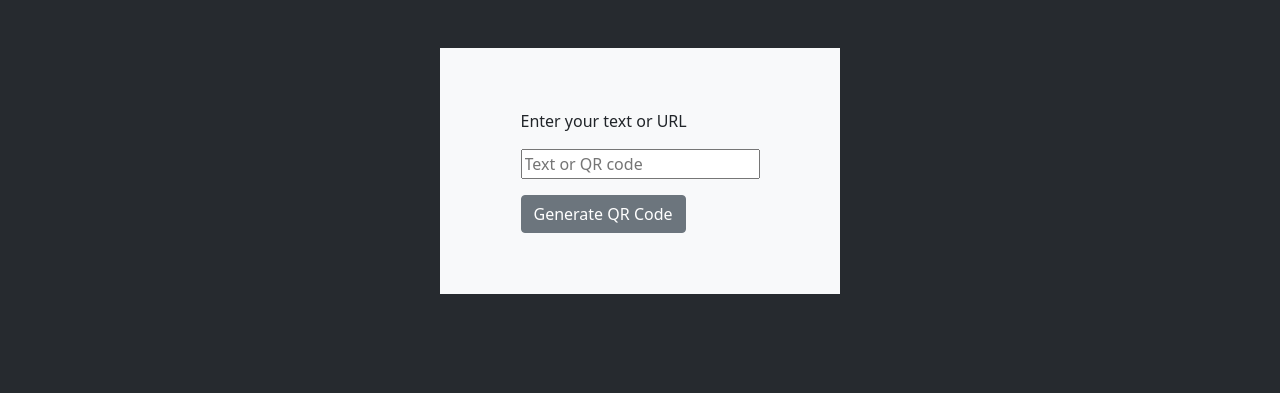
Repository: zeinawady/Qr-Code-Generator-App
Page: index.html
An editor plug-in stored every save of this project. The page is shown before and after a run of saves, followed by the edit.
The browser window is 1280 px wide. The pictures show the whole page.

Above is the page before, as saved 2024-10-30 00:29:28.

### index.html
<!DOCTYPE html>
<html lang="en">
<head>
    <meta charset="UTF-8">
    <meta name="viewport" content="width=device-width, initial-scale=1.0">
    <title>Qr code generator</title>
    <link rel="stylesheet" href="css/bootstrap.min.css.map">
    <link rel="stylesheet" href="css/bootstrap.min.css">
    <link rel="stylesheet" href="css/style.css">
</head>
<body>
    <div class="container  d-flex justify-content-center align-items-center bg-light mt-5">
   <div class="qr-container">
<p class="my-3 fw-">Enter your text or URL</p>
<input type="text" placeholder="Text or QR code">
<button class="btn btn-secondary my-3 d-flex justify-content-center">Generate QR Code</button>
   </div>
</div>

    <script src="js/bootstrap.bundle.min.js"></script>
    <script src="js/bootstrap.bundle.min.js.map"></script>
<script src="js/script.js"></script>
</body>
</html>

### css/style.css
body{
    background-color:#262a2f ;
}
.container{
    max-width: 400px;
   padding: 45px;
}

Loaded but not shown: css/bootstrap.min.css (library); js/bootstrap.bundle.min.js (library); js/script.js (no copy from this time; the picture is the same without it)

After the next 2 saves:
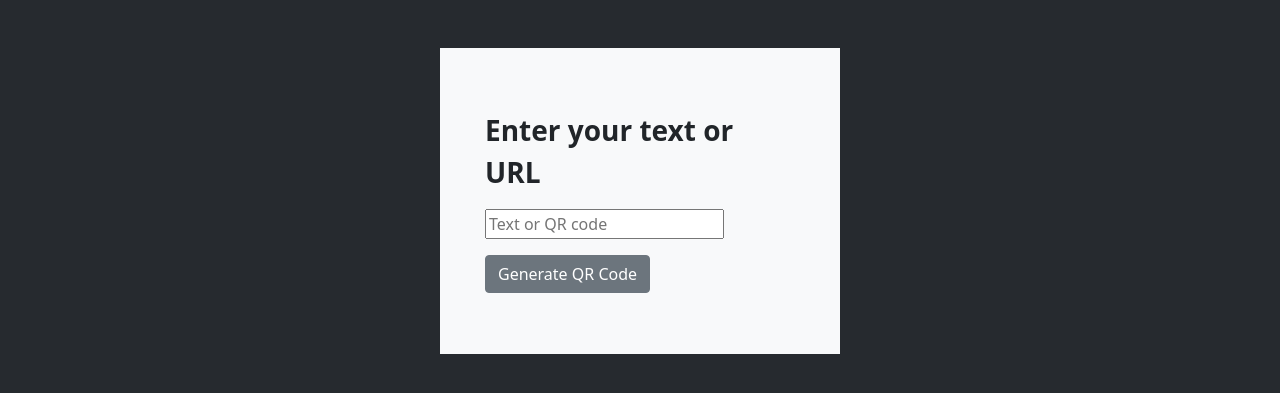
The 2 saves are shown as one change because they came seconds apart.
The last was saved 9 s later.
--- a/index.html
+++ b/index.html
@@ -11,7 +11,7 @@
 <body>
     <div class="container  d-flex justify-content-center align-items-center bg-light mt-5">
    <div class="qr-container">
-<p class="my-3 fw-">Enter your text or URL</p>
+<p class="my-3 fw-bold fs-3">Enter your text or URL</p>
 <input type="text" placeholder="Text or QR code">
 <button class="btn btn-secondary my-3 d-flex justify-content-center">Generate QR Code</button>
    </div>
